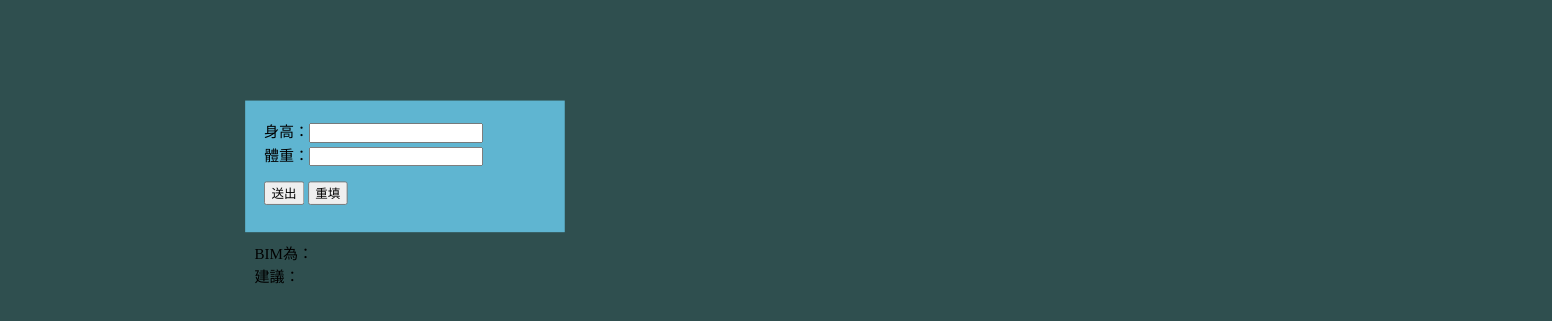
Repository: Digi-Duck/cybercube
Page: 12- 張雅婷/1117-bmi.html
The author's editor kept a copy of each file at every save. The page is drawn from the files as they stood at one save, then again after the next save.
The browser window is 1280 px wide. The page is 1525 px wide, then 1651 px, so the pictures cover 1651 px, including what lies to the right of the window. The pictures show the whole page, at 94% of full size.

Above is the page before, as saved 2022-11-24 13:54:23.

After the next save:
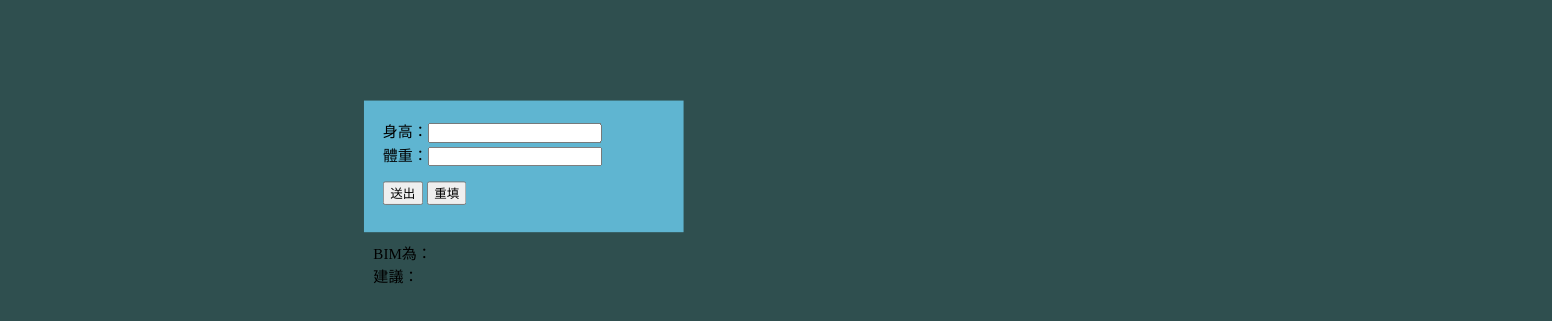
Saved 4 s later.
--- a/12- 張雅婷/bmi.css
+++ b/12- 張雅婷/bmi.css
@@ -15,5 +15,5 @@
 }
 body{
     background-color: darkslategray;
-    transform:translate(20%,50%);
+    transform:translate(30%,50%);
 }
